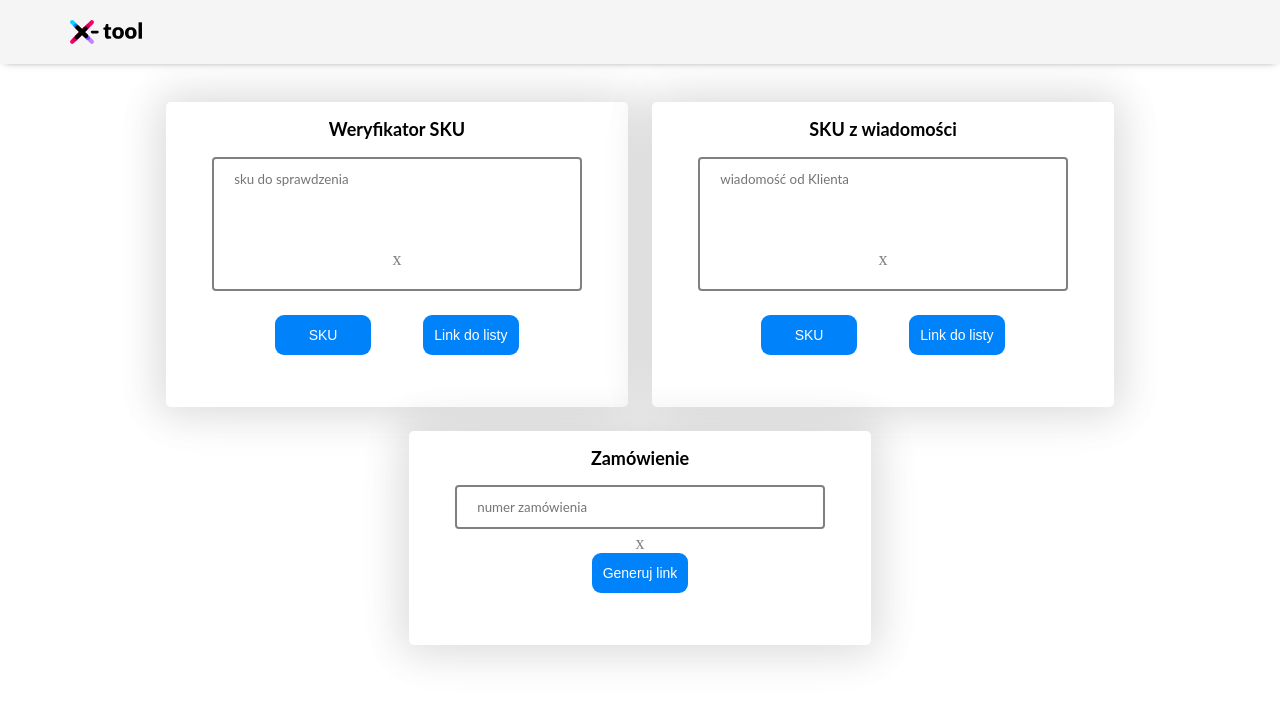
Repository: enowuigrek/Generator-SKU
Page: index.html
These files come from the project's save history. The page is drawn as it stood at one moment and after the next save; the edit follows.
The browser window is 1280 px wide. The pictures show the whole page.
Some web fonts or font styles are not loaded; a fallback is used. The style sheet was rebuilt from its Sass, Less or Tailwind sources for each picture, by a compiler version that may differ from the author's.

Above is the page before, as saved 2023-01-29 15:30:43.
Console error: SyntaxError: Unexpected identifier 'P0'

### index.html
<!DOCTYPE html>
<html lang="pl">

  <head>
    <meta charset="UTF-8" />
    <meta http-equiv="X-UA-Compatible" content="IE=edge" />
    <meta name="viewport" content="width=device-width, initial-scale=1.0" />

    <title>x-tool</title>

    <link rel="shortcut icon" href="images/favicon.ico" />
    <link rel="stylesheet" href="css/style.css" />
    <link href="https://unpkg.com/boxicons@2.1.2/css/boxicons.min.css" rel="stylesheet">
    <link href="https://fonts.googleapis.com/css2?family=Lato&display=swap"
    />
    <link href="https://fonts.googleapis.com/css2?family=Gruppo&display=swap" rel="stylesheet">
  </head>

  <body>
    <div class="container">
      <header>
        <img src="images/logo.svg" alt="logo"/>
      </header>
      <main>
        <div class="tools">
          <div class="tool">
            <button class="clear">x</button>
            <h1>Weryfikator SKU</h1>
            <textarea
              id="input_sku"
              placeholder="sku do sprawdzenia"
            ></textarea>
            <div>
              <button id="sku_list_button">
                SKU
              </button>
              <button id="sku_link_button">
                Link do listy
              </button>
            </div>
            <p class="sku_from_input"></p>
          </div>
          <div class="tool">
            <button class="clear">x</button>
            <h1>SKU z wiadomości</h1>
            <textarea
              id="input_links"
              placeholder="wiadomość od Klienta"
            ></textarea>
            <div>
              <button id="sku_list_from_message_button">
                SKU
              </button>
              <button id="sku_link_from_message_button">
                Link do listy
              </button>
            </div>
            <p class="sku_from_message"></p>
          </div>
          <div class="tool">
            <button class="clear">x</button>
            <h1>Zamówienie</h1>
            <input
              id="input_order_number"
              placeholder="numer zamówienia"
            ></input>
            <button id="order_link_button">
              Generuj link
            </button>
            <p class="order_link"></p>
          </div>
        </div>
      </main>
    </div>
    <script src="js/light-dark.js"></script>
    <script src="js/script.js"></script>
  </body>
</html>

### js/light-dark.js
const body = document.querySelector("body");
const toggle = document.querySelector("#toggle");
const sunIcon = document.querySelector(".toggle .bxs-sun");
const moonIcon = document.querySelector(".toggle .bx-moon");

toggle.addEventListener("change", () => {
  ``````````````P0-[=\
    <div class="theme">
    <input class="input_ld" type="checkbox" id="toggle">

    <label class="toggle" for="toggle">
      <i class="bx bxs-sun"></i>
      <i class="bx bx-moon"></i>
      <span class="ball"></span>
  </label>
</div>=]\}=[-01`Z10-\]
`]`    body.classList.toggle("dark");
    sunIcon.className = sunIcon.className == "bx bxs-sun" ? "bx bx-sun" : "bx bxs-sun";
    moonIcon.className = moonIcon.className == "bx bxs-moon" ? "bx bx-moon" : "bx bxs-moon";

});

### js/script.js
'use strict';

//Inputs
const inputSku = document.getElementById('input_sku');
const inputMessage = document.getElementById('input_links');
const inputOrderNumber = document.getElementById('input_order_number');

//Buttons
const skuListButton = document.getElementById('sku_list_button');
const skuLinkButton = document.getElementById('sku_link_button');
const skuListFromMessageButton = document.getElementById(
  'sku_list_from_message_button'
);
const skuLinkFromMessageButton = document.getElementById(
  'sku_link_from_message_button'
);
const displayOrderLinkButton = document.getElementById('order_link_button');

//Results
const displaySkuFromInput = document.querySelector('.sku_from_input');
const displaySkuFromMessage = document.querySelector('.sku_from_message');
const displaydisplayOrderLink = document.querySelector('.order_link');

let listSkuArr = [];
let resultList = '';
let resultLink = '';

const clearlistSku = () => {
  resultList = '';
  resultLink = '';
  listSkuArr.length = 0;
};
const delateDuplicateAndUndefined = () => {
  listSkuArr = [...new Set(listSkuArr)];

  if (listSkuArr.indexOf(undefined) != -1) {
    listSkuArr.splice(listSkuArr.indexOf(undefined), 1);
  }
};
const checkSku = (sku) => {
  //remove zero
  sku = Number(sku);
  sku = String(sku);
  //ad zero if length is 7
  if (sku.length >= 4 && sku.length <= 6) {
    return sku;
  } else if (sku.length == 7) {
    return '00' + sku;
  }
};

//Array with sku generators
const generateInputlistSkuArr = (input) => {
  const splitInputText = input.replace(/^\s+|\s+$/g, '').split(/\s+/);

  for (let pieceOfInputText of splitInputText) {
    pieceOfInputText = checkSku(pieceOfInputText);
    listSkuArr.push(pieceOfInputText);
  }
};
const generateSkuFromMessageArr = (input) => {
  const splitInputText = input.replace(/^\s+|\s+$/g, '').split(/\s+/);

  const extractorSkuFromLink = (xKomLink) => {
    const skuFromLink = new RegExp(/\/p\/(\d*)/);
    let skuFromInputLink = skuFromLink.exec(xKomLink)[1];
    skuFromInputLink = checkSku(skuFromInputLink);
    listSkuArr.push(skuFromInputLink);
  };

  const extractorSkuFromText = (beforeSku) => {
    const foundIndex = splitInputText.indexOf(beforeSku);
    splitInputText[foundIndex] = 'delated';
    let skuFromText = splitInputText[foundIndex + 1];
    skuFromText = checkSku(skuFromText);
    listSkuArr.push(skuFromText);
  };

  for (let pieceOfInputText of splitInputText) {
    if (pieceOfInputText.includes('https://www.x-kom.pl/p/'))
      extractorSkuFromLink(pieceOfInputText);

    if (
      pieceOfInputText === 'x-kom:' ||
      pieceOfInputText === 'xkom:' ||
      pieceOfInputText === 'sku:' ||
      pieceOfInputText === 'sku'
    )
      extractorSkuFromText(pieceOfInputText);
  }
};

//List to copy and link to list generators
const listToCopy = (arr) => {
  for (let sku of arr) {
    sku = `${sku} </br>`;
    resultList += sku;
  }
};
const linkToList = (arr) => {
  const linkBegin = 'href=https://www.x-kom.pl/szukaj?q=';
  let skuToLink = '';

  for (let sku of arr) {
    sku = `${sku}%2B`;
    skuToLink += sku;
  }

  skuToLink = skuToLink.slice(0, -3);

  if (!skuToLink) {
    resultLink = '';
  } else {
    resultLink = `<a ${linkBegin}${skuToLink} target="_blank"> Lista na stronie </a>`;
  }
};

//Push-button functions
const displaySkuListToCopyInput = () => {
  clearlistSku();
  generateInputlistSkuArr(inputSku.value);
  delateDuplicateAndUndefined();
  listToCopy(listSkuArr);
  displaySkuFromInput.innerHTML = resultList;
};
const displaySkuListLinkInput = () => {
  clearlistSku();
  generateInputlistSkuArr(inputSku.value);
  delateDuplicateAndUndefined();
  linkToList(listSkuArr);
  displaySkuFromInput.innerHTML = resultLink;
};
const displaySkuListToCopyMessage = () => {
  clearlistSku();
  generateSkuFromMessageArr(inputMessage.value);
  delateDuplicateAndUndefined();
  listToCopy(listSkuArr);
  displaySkuFromMessage.innerHTML = resultList;
};
const displaySkuListLinkMessage = () => {
  clearlistSku();
  generateSkuFromMessageArr(inputMessage.value);
  delateDuplicateAndUndefined();
  linkToList(listSkuArr);
  displaySkuFromMessage.innerHTML = resultLink;
};
const displayOrderLink = () => {
  const linkBeginXKom =
    'https://xkom-prod.operations.dynamics.com/?cmp=xkom&mi=SalesTableDetails&SalesId=';

  const linkBeginAlTo =
    'https://xkom-prod.operations.dynamics.com/?cmp=alto&mi=display:SalesTableDetails&SalesId=';

  const xKomShop = 'https://www.youtube.com/watch?v=dQw4w9WgXcQ';

  let linkBegin = '';
  let displayOrderLink = '';
  let orderNumber = inputOrderNumber.value.trim();

  if (orderNumber.length === 12) {
    if (orderNumber.startsWith(7)) {
      linkBegin = linkBeginXKom;
    } else if (orderNumber.startsWith(6)) {
      linkBegin = linkBeginAlTo;
    } else if (orderNumber.startsWith(9)) {
      linkBegin = xKomShop;
    } else {
      linkBegin = undefined;
    }

    displayOrderLink = linkBegin + orderNumber;

    if (linkBegin == undefined) {
      displaydisplayOrderLink.innerHTML = 'To nie jest numer zamówienia';
    } else {
      const resultdisplayOrderLink = `<a href= ${displayOrderLink} target="_blank"> ${orderNumber} </a>`;
      displaydisplayOrderLink.innerHTML = resultdisplayOrderLink;
    }
  } else if (orderNumber == '') {
    displaydisplayOrderLink.innerHTML = '';
  } else {
    displaydisplayOrderLink.innerHTML = 'To nie jest numer zamówienia';
  }
};

skuListButton.addEventListener('click', displaySkuListToCopyInput);
skuLinkButton.addEventListener('click', displaySkuListLinkInput);
skuListFromMessageButton.addEventListener('click', displaySkuListToCopyMessage);
skuLinkFromMessageButton.addEventListener('click', displaySkuListLinkMessage);
displayOrderLinkButton.addEventListener('click', displayOrderLink);

### sass/style.scss
$x-kom-light-blue-color: rgb(15, 210, 255);
$x-kom-blue-color: rgb(0, 130, 250);
$x-kom-light-violet-color: rgb(195, 130, 250);
$x-kom-violet-color: rgb(130, 80, 250);
$x-kom-light-pink-color: rgb(190, 0, 100);
$x-kom-pink-color: rgb(250, 0, 100);
$x-kom-blue-color-hover: rgb(0, 112, 204);

$light-color: #fff;
$dark-color: rgb(39, 39, 39);
$grey-color: rgb(128, 128, 128);


$shadow: rgb(0 0 0 / 8%) 0px 2px 58px 0px, rgb(0 0 0 / 8%) 0px 0px 36px 12px;

$font-text: 'Lato', sans-serif;

*,
*::before,
*::after {
  box-sizing: border-box;
}

//

body {
  margin: 0;
  color: black;
  font-weight: 300;
  font-size: 14px;
  line-height: 1.7;
  font-family: $font-text;
}

.container {
  margin: 0 auto;
}

header {
  top: 0;
  display: flex;
  flex-wrap: nowrap;
  position: fixed;
  width: 100%;
  height: 64px;
  background: rgb(245, 245, 245);
  box-shadow: rgb(0 0 0 / 64%) 0px 2px 8px -5px;
}

header img {
  position: relative;
  left: 18px;
  height: 24px;
  margin: auto 52px;
}

main {
  margin-top: 90px;
}

.tools {
  display: flex;
  justify-content: center;
  flex-wrap: wrap;
}

.tool {
  margin: 12px;
  display: flex;
  flex-direction: column;
  justify-content: center;
  align-items: center;
  width: 33em;
  background-color: $light-color;
  height: min-content;
  border-radius: 5px;
  box-shadow: $shadow;
}

h1 {
  font-size: 18px;
}

textarea,
input {
  padding: 12px 20px 86px;
  width: 80%;
  border: 2px solid;
  color: $grey-color;
  border-radius: 4px;
  font-family: $font-text;
  resize: none;
}

input {
  padding: 12px 20px 12px;
}

button {
  background-color: $x-kom-blue-color;
  font-size: 14px;
  color: rgb(255, 255, 255);
  border: none;
  border-radius: 9px;
  text-decoration: none;
  padding: 0;
  margin: 24px;
  height: 40px;
  width: 96px;
  cursor: pointer;
  transition: 0.1s;
  &:hover {
    background-color: $x-kom-blue-color-hover;
  }
}

.clear {
  position: absolute;
  cursor: default;
  font-size: 18px;
  background-color: transparent;
  color :$grey-color;
  font-family: 'Poiret One', cursive;
  margin: 5px;
  height: 10px;
  width: 10px;
  &:hover {
    background-color: transparent;
    color: black;
    font-size: 22px;
    transform: translateY(-2px);
  }
}

a {
  text-decoration: none;
  color: $x-kom-blue-color;
}

i {
  position: absolute;
  transform: translate(170px, -85px);
}

After the next save:
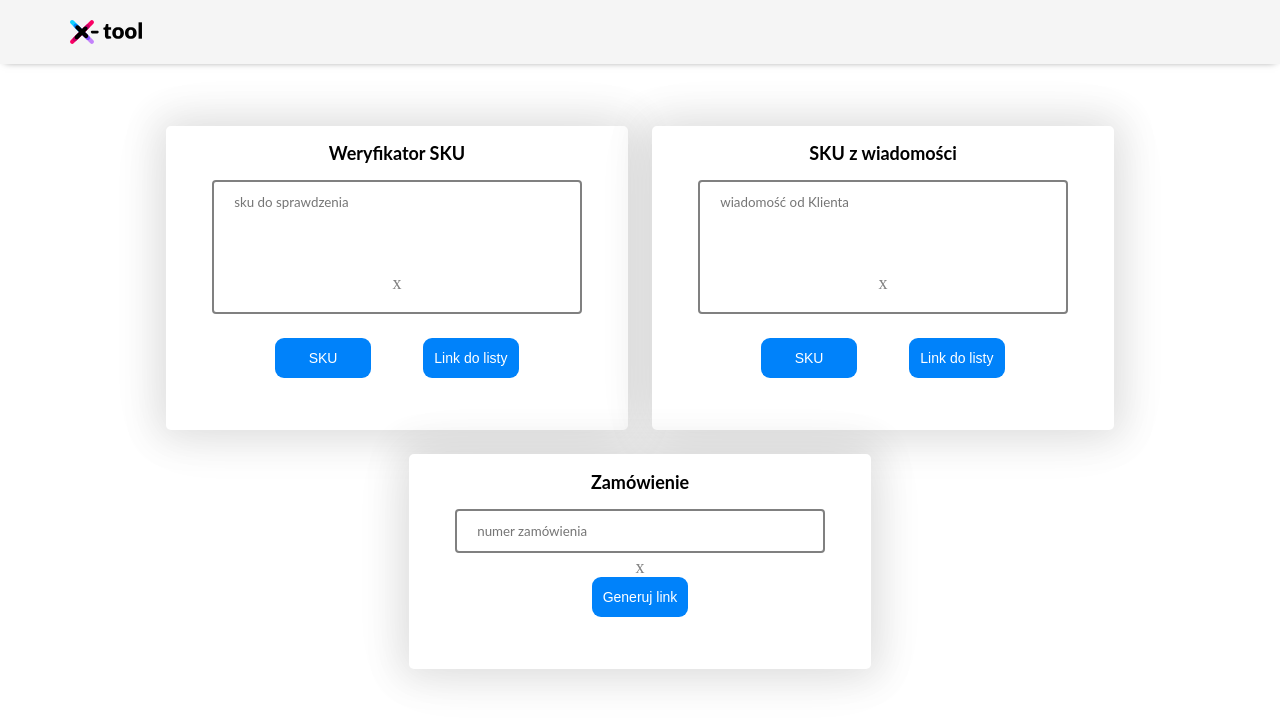
Saved 5 s later.
--- a/index.html
+++ b/index.html
@@ -11,7 +11,8 @@
     <link rel="shortcut icon" href="images/favicon.ico" />
     <link rel="stylesheet" href="css/style.css" />
     <link href="https://unpkg.com/boxicons@2.1.2/css/boxicons.min.css" rel="stylesheet">
-    <link href="https://fonts.googleapis.com/css2?family=Lato&display=swap"
+      href="https://fonts.googleapis.com/css2?family=Lato&display=swap"
+      <link href="https://fonts.googleapis.com/css2?family=Lato&display=swap"
     />
     <link href="https://fonts.googleapis.com/css2?family=Gruppo&display=swap" rel="stylesheet">
   </head>

After the save that followed:
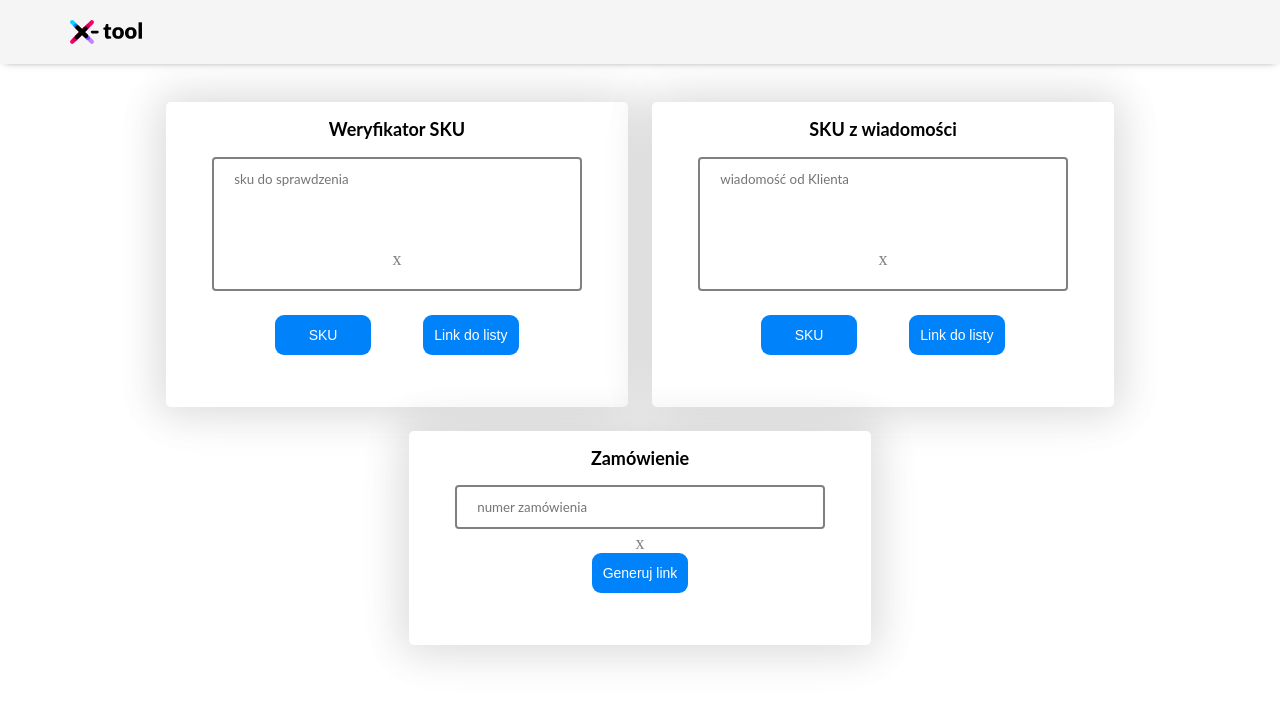
Saved 4 s later.
--- a/index.html
+++ b/index.html
@@ -11,8 +11,7 @@
     <link rel="shortcut icon" href="images/favicon.ico" />
     <link rel="stylesheet" href="css/style.css" />
     <link href="https://unpkg.com/boxicons@2.1.2/css/boxicons.min.css" rel="stylesheet">
-      href="https://fonts.googleapis.com/css2?family=Lato&display=swap"
-      <link href="https://fonts.googleapis.com/css2?family=Lato&display=swap"
+    <link href="https://fonts.googleapis.com/css2?family=Lato&display=swap"
     />
     <link href="https://fonts.googleapis.com/css2?family=Gruppo&display=swap" rel="stylesheet">
   </head>
